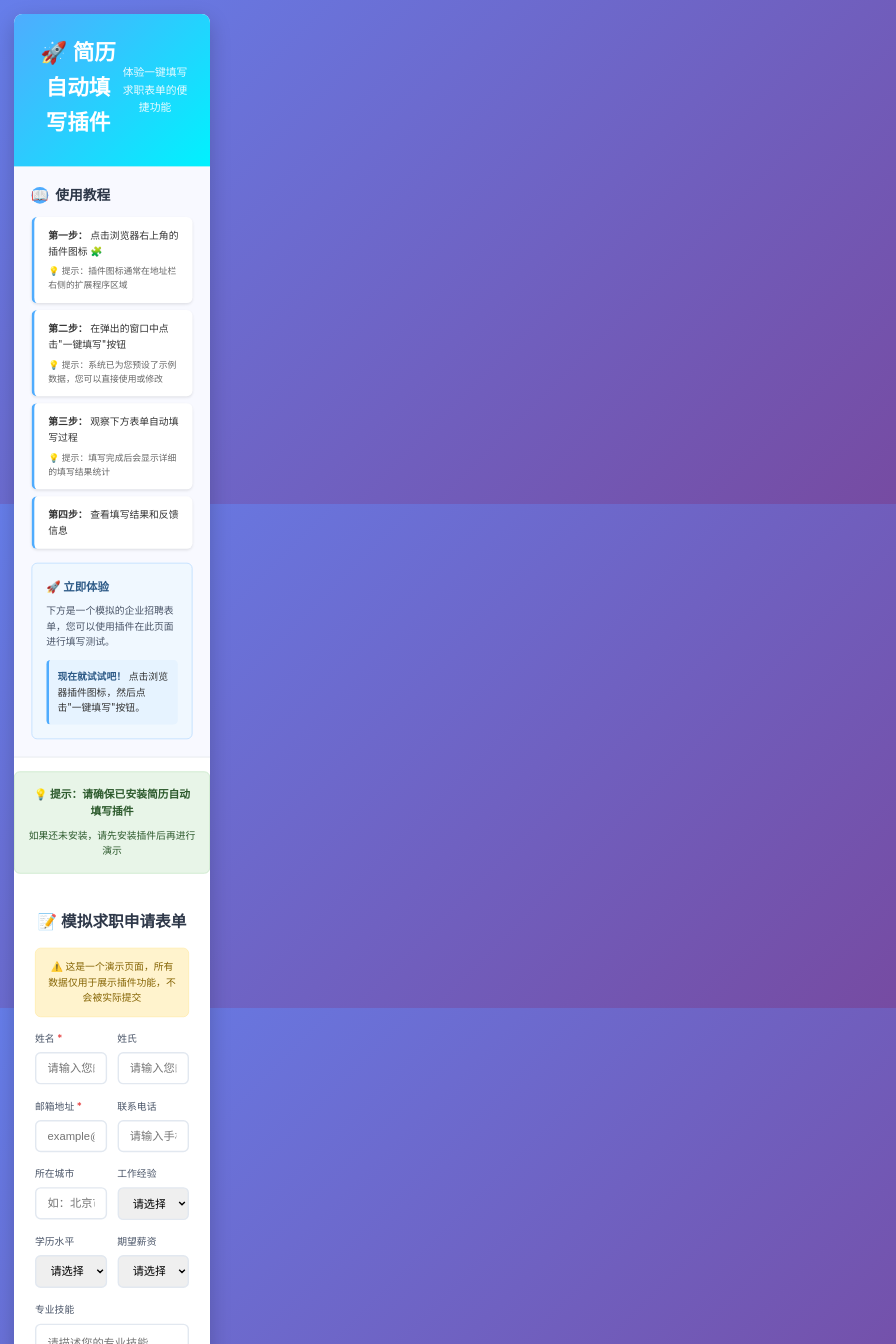
Repository: Zion74/jiancareer-chrome-main-zhn
Page: public/mock-form.html
An editor plug-in stored every save of this project. The page is shown before and after a run of saves, followed by the edit.
The browser window is 1280 px wide. The pictures show the part of the page from y = 0 to 1920 px (the page is 2349 px tall before and 2701 px after), at 70% of full size.

Above is the page before, as saved 2025-09-09 21:27:29.

### public/mock-form.html
<!DOCTYPE html>
<html lang="zh-CN">
<head>
    <meta charset="UTF-8">
    <meta name="viewport" content="width=device-width, initial-scale=1.0">
    <title>简历自动填写插件 - 教学演示页面</title>
    <link rel="stylesheet" href="styles.css">
    <style>
        body {
            font-family: -apple-system, BlinkMacSystemFont, 'Segoe UI', Roboto, sans-serif;
            line-height: 1.6;
            margin: 0;
            padding: 20px;
            background: linear-gradient(135deg, #667eea 0%, #764ba2 100%);
            min-height: 100vh;
        }

        .container {
            max-width: 800px;
            margin: 0 auto;
            background: white;
            border-radius: 12px;
            box-shadow: 0 10px 30px rgba(0,0,0,0.2);
            overflow: hidden;
        }

        .header {
            background: linear-gradient(135deg, #4facfe 0%, #00f2fe 100%);
            color: white;
            padding: 30px;
            text-align: center;
        }

        .header h1 {
            margin: 0 0 10px 0;
            font-size: 2.2em;
            font-weight: 600;
        }

        .header p {
            margin: 0;
            font-size: 1.1em;
            opacity: 0.9;
        }

        .tutorial-section {
            background: #f8f9ff;
            padding: 25px;
            border-bottom: 1px solid #e1e5e9;
        }

        .tutorial-title {
            color: #2d3748;
            font-size: 1.4em;
            font-weight: 600;
            margin-bottom: 15px;
            display: flex;
            align-items: center;
        }

        .tutorial-icon {
            width: 24px;
            height: 24px;
            margin-right: 10px;
            background: #4facfe;
            border-radius: 50%;
            display: flex;
            align-items: center;
            justify-content: center;
            color: white;
            font-weight: bold;
        }

        .tutorial-steps {
            list-style: none;
            padding: 0;
            margin: 0;
        }

        .tutorial-steps li {
            background: white;
            margin: 10px 0;
            padding: 15px 20px;
            border-radius: 8px;
            border-left: 4px solid #4facfe;
            box-shadow: 0 2px 4px rgba(0,0,0,0.1);
        }

        .form-section {
            padding: 30px;
        }

        .form-title {
            color: #2d3748;
            font-size: 1.6em;
            font-weight: 600;
            margin-bottom: 20px;
            text-align: center;
        }

        .form-group {
            margin-bottom: 20px;
        }

        .form-row {
            display: flex;
            gap: 15px;
            margin-bottom: 20px;
        }

        .form-row .form-group {
            flex: 1;
            margin-bottom: 0;
        }

        label {
            display: block;
            margin-bottom: 8px;
            font-weight: 500;
            color: #4a5568;
        }

        .required {
            color: #e53e3e;
        }

        input[type="text"],
        input[type="email"],
        input[type="tel"],
        select,
        textarea {
            width: 100%;
            padding: 12px 16px;
            border: 2px solid #e2e8f0;
            border-radius: 8px;
            font-size: 16px;
            transition: all 0.3s ease;
            box-sizing: border-box;
        }

        input:focus,
        select:focus,
        textarea:focus {
            outline: none;
            border-color: #4facfe;
            box-shadow: 0 0 0 3px rgba(79, 172, 254, 0.1);
        }

        select {
            cursor: pointer;
        }

        textarea {
            resize: vertical;
            min-height: 100px;
        }

        .checkbox-group {
            display: flex;
            align-items: center;
            margin: 20px 0;
        }

        .checkbox-group input[type="checkbox"] {
            width: auto;
            margin-right: 10px;
        }

        .submit-section {
            text-align: center;
            padding: 20px 0;
            border-top: 1px solid #e2e8f0;
        }

        .btn {
            background: linear-gradient(135deg, #4facfe 0%, #00f2fe 100%);
            color: white;
            border: none;
            padding: 15px 40px;
            border-radius: 8px;
            font-size: 16px;
            font-weight: 600;
            cursor: pointer;
            transition: all 0.3s ease;
            box-shadow: 0 4px 15px rgba(79, 172, 254, 0.3);
        }

        .btn:hover {
            transform: translateY(-2px);
            box-shadow: 0 6px 20px rgba(79, 172, 254, 0.4);
        }

        .demo-notice {
            background: #fff3cd;
            border: 1px solid #ffeaa7;
            color: #856404;
            padding: 15px;
            border-radius: 8px;
            margin: 20px 0;
            text-align: center;
            font-weight: 500;
        }

        .extension-hint {
            background: #e8f5e8;
            border: 1px solid #c3e6c3;
            color: #2d5a2d;
            padding: 20px;
            border-radius: 8px;
            margin: 20px 0;
            text-align: center;
        }

        .extension-hint strong {
            display: block;
            font-size: 1.1em;
            margin-bottom: 10px;
        }

        @media (max-width: 768px) {
            .form-row {
                flex-direction: column;
                gap: 0;
            }

            .container {
                margin: 10px;
                border-radius: 8px;
            }

            .header {
                padding: 20px;
            }

            .header h1 {
                font-size: 1.8em;
            }
        }
    </style>
</head>
<body>
    <div class="container">
        <div class="header">
            <h1>🚀 简历自动填写插件</h1>
            <p>体验一键填写求职表单的便捷功能</p>
        </div>

        <div class="tutorial-section">
            <div class="tutorial-title">
                <div class="tutorial-icon">📖</div>
                使用教程
            </div>
            <ol class="tutorial-steps">
                <li><strong>第一步：</strong> 点击浏览器右上角的插件图标 🧩
                    <div style="margin-top: 8px; color: #666; font-size: 0.9em;">💡 提示：插件图标通常在地址栏右侧的扩展程序区域</div>
                </li>
                <li><strong>第二步：</strong> 在弹出的窗口中点击"一键填写"按钮
                    <div style="margin-top: 8px; color: #666; font-size: 0.9em;">💡 提示：系统已为您预设了示例数据，您可以直接使用或修改</div>
                </li>
                <li><strong>第三步：</strong> 观察下方表单自动填写过程
                    <div style="margin-top: 8px; color: #666; font-size: 0.9em;">💡 提示：填写完成后会显示详细的填写结果统计</div>
                </li>
                <li><strong>第四步：</strong> 查看填写结果和反馈信息</li>
            </ol>

            <div style="background: #f0f8ff; border: 1px solid #b3d9ff; border-radius: 8px; padding: 20px; margin-top: 20px;">
                <h3 style="margin: 0 0 10px 0; color: #2d5a87;">🚀 立即体验</h3>
                <p style="margin: 0 0 15px 0; color: #4a5568;">下方是一个模拟的企业招聘表单，您可以使用插件在此页面进行填写测试。</p>
                <div style="background: #e6f3ff; padding: 12px; border-radius: 6px; border-left: 4px solid #4facfe;">
                    <strong style="color: #2d5a87;">现在就试试吧！</strong> 点击浏览器插件图标，然后点击"一键填写"按钮。
                </div>
            </div>
        </div>

        <div class="extension-hint">
            <strong>💡 提示：请确保已安装简历自动填写插件</strong>
            如果还未安装，请先安装插件后再进行演示
        </div>

        <div class="form-section">
            <h2 class="form-title">📝 模拟求职申请表单</h2>

            <div class="demo-notice">
                ⚠️ 这是一个演示页面，所有数据仅用于展示插件功能，不会被实际提交
            </div>

            <form id="demo-form" action="#" method="post">
                <div class="form-row">
                    <div class="form-group">
                        <label for="firstName">姓名 <span class="required">*</span></label>
                        <input type="text" id="firstName" name="firstName" placeholder="请输入您的姓名" required>
                    </div>
                    <div class="form-group">
                        <label for="lastName">姓氏</label>
                        <input type="text" id="lastName" name="lastName" placeholder="请输入您的姓氏">
                    </div>
                </div>

                <div class="form-row">
                    <div class="form-group">
                        <label for="email">邮箱地址 <span class="required">*</span></label>
                        <input type="email" id="email" name="email" placeholder="example@email.com" required>
                    </div>
                    <div class="form-group">
                        <label for="phone">联系电话</label>
                        <input type="tel" id="phone" name="phone" placeholder="请输入手机号码">
                    </div>
                </div>

                <div class="form-row">
                    <div class="form-group">
                        <label for="location">所在城市</label>
                        <input type="text" id="location" name="location" placeholder="如：北京市">
                    </div>
                    <div class="form-group">
                        <label for="experience">工作经验</label>
                        <select id="experience" name="experience">
                            <option value="">请选择工作经验</option>
                            <option value="0-1">0-1年</option>
                            <option value="1-3">1-3年</option>
                            <option value="3-5">3-5年</option>
                            <option value="5-10">5-10年</option>
                            <option value="10+">10年以上</option>
                        </select>
                    </div>
                </div>

                <div class="form-row">
                    <div class="form-group">
                        <label for="education">学历水平</label>
                        <select id="education" name="education">
                            <option value="">请选择学历</option>
                            <option value="高中">高中</option>
                            <option value="大专">大专</option>
                            <option value="本科">本科</option>
                            <option value="硕士">硕士</option>
                            <option value="博士">博士</option>
                        </select>
                    </div>
                    <div class="form-group">
                        <label for="salary">期望薪资</label>
                        <select id="salary" name="salary">
                            <option value="">请选择期望薪资</option>
                            <option value="5k-8k">5K-8K</option>
                            <option value="8k-12k">8K-12K</option>
                            <option value="12k-18k">12K-18K</option>
                            <option value="18k-25k">18K-25K</option>
                            <option value="25k+">25K以上</option>
                        </select>
                    </div>
                </div>

                <div class="form-group">
                    <label for="skills">专业技能</label>
                    <textarea id="skills" name="skills" placeholder="请描述您的专业技能，如：JavaScript, Python, React等"></textarea>
                </div>

                <div class="form-group">
                    <label for="introduction">个人简介</label>
                    <textarea id="introduction" name="introduction" placeholder="请简要介绍您的工作经历和个人优势"></textarea>
                </div>

                <div class="checkbox-group">
                    <input type="checkbox" id="agree" name="agree" required>
                    <label for="agree">我同意相关条款和隐私政策 <span class="required">*</span></label>
                </div>

                <div class="submit-section">
                    <button type="submit" class="btn">提交申请</button>
                </div>
            </form>
        </div>
    </div>

    <script>
        // 监听来自插件的消息
        window.addEventListener('message', function(event) {
            if (event.data.type === 'SJ_DETECT_V1') {
                // 响应插件的检测消息
                event.source.postMessage({
                    type: 'SJ_ACK_V1',
                    success: true,
                    message: '页面已准备好进行自动填写演示'
                }, '*');
            }

            if (event.data.source === 'JIANCAREER_EXTENSION') {
                console.log('收到插件消息:', event.data);

                if (event.data.type === 'TUTORIAL_DEMO') {
                    // 处理教程演示消息
                    showTutorialMessage('插件正在演示自动填写功能...', 'info');
                } else if (event.data.type === 'AUTOFILL_COMPLETE') {
                    // 处理填写完成消息
                    const result = event.data.result;
                    let message = '';
                    let type = 'success';

                    if (result.success) {
                        message = `填写完成！成功填写 ${result.filled}/${result.total} 个字段`;
                        if (result.filled === result.total) {
                            message += ' 🎉';
                        }
                    } else {
                        message = `填写失败：${result.error || '未知错误'}`;
                        type = 'error';
                    }

                    showTutorialMessage(message, type);

                    // 如果填写成功，显示额外的成功提示
                    if (result.success && result.filled > 0) {
                        setTimeout(() => {
                            alert(`恭喜！插件已成功帮您填写了表单。\n\n填写详情：\n- 成功填写：${result.filled} 个字段\n- 总字段数：${result.total} 个\n\n您现在可以检查填写的内容，然后提交表单。`);
                        }, 1000);
                    }
                }
            }
        });

        function showTutorialMessage(message, type = 'info') {
            const colors = {
                info: '#2196F3',
                success: '#4CAF50',
                error: '#f44336',
                warning: '#ff9800'
            };

            const messageDiv = document.createElement('div');
            messageDiv.style.cssText = `
                position: fixed;
                top: 20px;
                right: 20px;
                background: ${colors[type] || colors.info};
                color: white;
                padding: 15px 20px;
                border-radius: 8px;
                box-shadow: 0 4px 12px rgba(0,0,0,0.15);
                z-index: 10000;
                font-family: -apple-system, BlinkMacSystemFont, 'Segoe UI', Roboto, sans-serif;
                font-size: 14px;
                max-width: 300px;
                word-wrap: break-word;
                animation: slideIn 0.3s ease-out;
            `;

            // 添加动画样式
            if (!document.getElementById('message-animation-style')) {
                const style = document.createElement('style');
                style.id = 'message-animation-style';
                style.textContent = `
                    @keyframes slideIn {
                        from {
                            transform: translateX(100%);
                            opacity: 0;
                        }
                        to {
                            transform: translateX(0);
                            opacity: 1;
                        }
                    }
                `;
                document.head.appendChild(style);
            }

            messageDiv.textContent = message;
            document.body.appendChild(messageDiv);

            setTimeout(() => {
                if (document.body.contains(messageDiv)) {
                    messageDiv.style.animation = 'slideIn 0.3s ease-out reverse';
                    setTimeout(() => {
                        if (document.body.contains(messageDiv)) {
                            document.body.removeChild(messageDiv);
                        }
                    }, 300);
                }
            }, type === 'error' ? 5000 : 3000);
        }

        // 表单提交处理
        document.getElementById('demo-form').addEventListener('submit', function(e) {
            e.preventDefault();
            alert('🎉 演示完成！\n\n这是一个演示页面，表单数据不会被实际提交。\n\n感谢您体验简历自动填写插件！');
        });

        // 页面加载完成后发送准备就绪消息
        window.addEventListener('load', function() {
            console.log('[Mock Form] 教学演示页面已加载完成');

            // 向插件发送页面准备就绪的消息
            if (window.chrome && window.chrome.runtime) {
                try {
                    window.chrome.runtime.sendMessage({
                        type: 'PAGE_READY',
                        url: window.location.href,
                        title: document.title
                    });
                } catch (error) {
                    console.log('[Mock Form] 插件通信失败，这是正常现象（在非插件环境中）');
                }
            }
        });

        // 添加表单字段变化监听，用于演示
        const formInputs = document.querySelectorAll('input, select, textarea');
        formInputs.forEach(input => {
            input.addEventListener('input', function() {
                // 添加填写动画效果
                this.style.backgroundColor = '#e8f5e8';
                setTimeout(() => {
                    this.style.backgroundColor = '';
                }, 1000);
            });
        });
    </script>
</body>
</html>

Loaded but not shown: public/styles.css (1105 lines, source omitted)

After the next 2 saves:
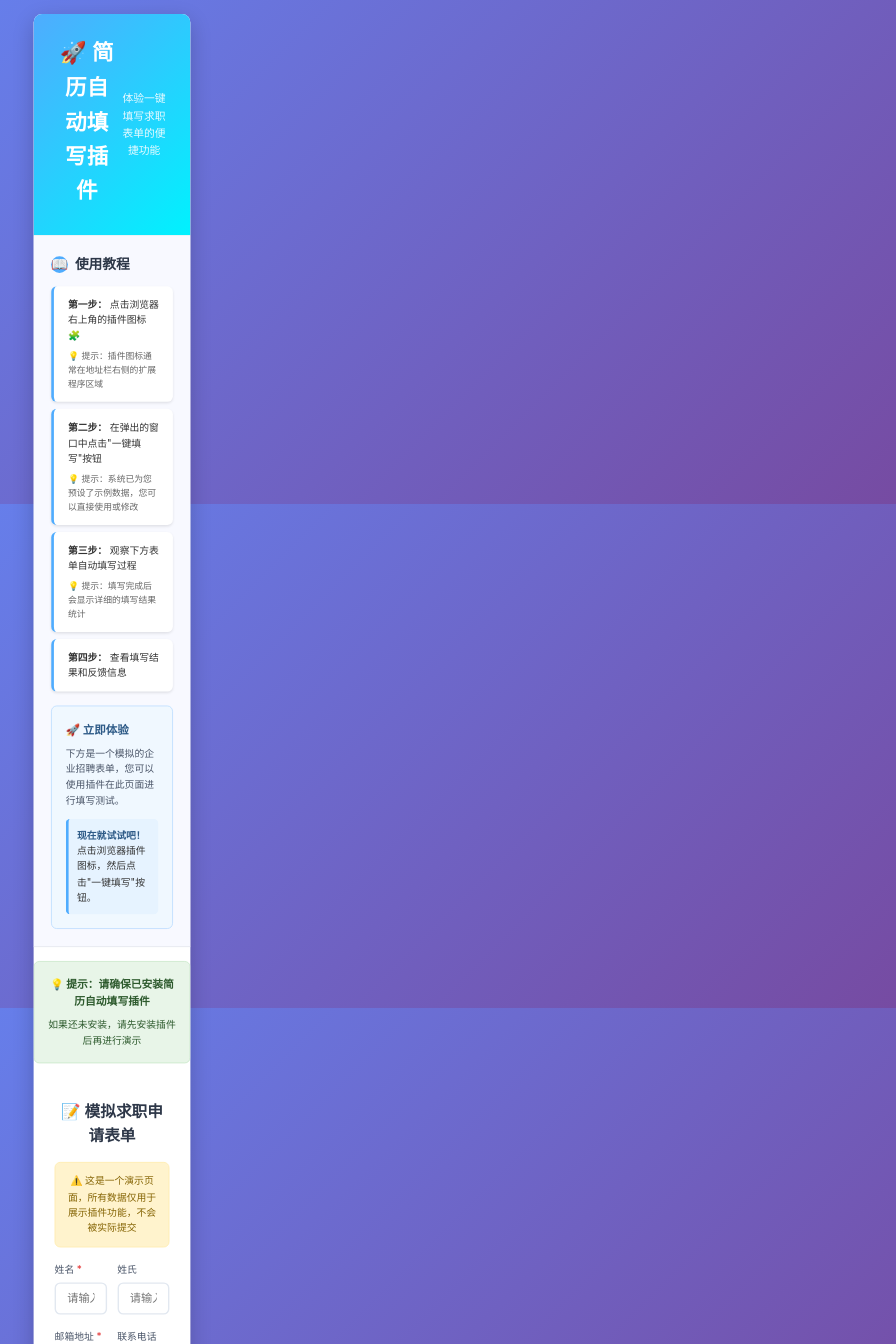
The 2 saves are shown as one change because they came seconds apart.
The last was saved 2 min 47 s later.
--- a/public/mock-form.html
+++ b/public/mock-form.html
@@ -16,7 +16,7 @@
         }
 
         .container {
-            max-width: 800px;
+            max-width: 80%;
             margin: 0 auto;
             background: white;
             border-radius: 12px;
